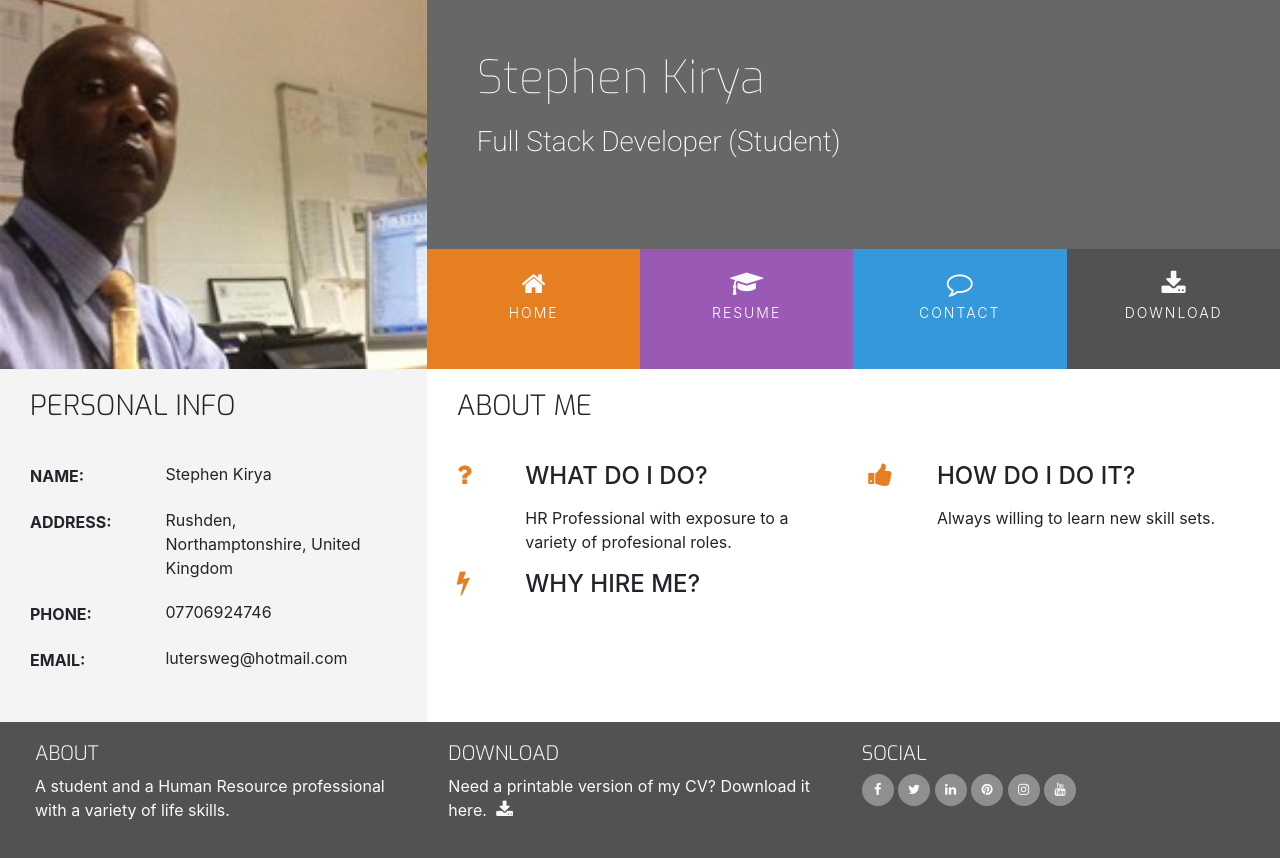
Repository: isiko1/interactive_frontend_resume
Page: index.html
The author's editor kept a record of every edit. The page is drawn from the files as they stood at one moment, then again after the next edit.
The browser window is 1280 px wide. The pictures show the whole page.

Above is the page before.

### index.html
<!DOCTYPE html>
<html lang="en">

<head>
    <meta charset="UTF-8">
    <meta name="viewport" content="width=device-width, initial-scale=1.0">
    <meta http-equiv="X-UA-Compatible" content="ie=edge">
    <link rel="stylesheet" href="https://stackpath.bootstrapcdn.com/bootstrap/4.3.1/css/bootstrap.min.css" type="text/css" />
    <link rel="stylesheet" href="https://stackpath.bootstrapcdn.com/font-awesome/4.7.0/css/font-awesome.min.css" type="text/css" />
    <link rel="stylesheet" href="https://cdnjs.cloudflare.com/ajax/libs/hover.css/2.3.1/css/hover-min.css" type="text/css" />
    <link rel="stylesheet" href="assets/css/style.css" type="text/css" />
    <title>Stephen</title>
</head>

<body>
    <header>
        <div class="row no-gutters">
            <a href="index.html" class="col-md-4 logo">
            </a>
            <div class="col-md-8">
                <div class="row no-gutters bg-color-name-title">
                    <div class="col heading">
                        <h1 class="name">Stephen Kirya</h1>
                        <h2 class="title">Full Stack Developer (Student)</h2>
                    </div>
                </div>
                <div class="row no-gutters">
                    <div class="col">
                        <ul id="nav" class="list-inline menucontainer">
                            <li class="col-6 col-sm-3 ui-menu-color-home list-inline-item menuitem">
                                <a href="#" class="hvr-sweep-to-bottom"><i class="fa fa-home" aria-hidden="true"></i><span>Home</span></a>
                            </li>
                            <li class="col-6 col-sm-3 ui-menu-color-resume list-inline-item menuitem">
                                <a href="#" class="hvr-sweep-to-bottom"><i class="fa fa-graduation-cap" aria-hidden="true"></i><span>Resume</span></a>
                            </li>
                            <li class="col-6 col-sm-3 ui-menu-color-contact list-inline-item menuitem">
                                <a href="#" class="hvr-sweep-to-bottom"><i class="fa fa-comment-o" aria-hidden="true"></i><span>Contact</span></a>
                            </li>
                            <li class="col-6 col-sm-3 ui-menu-color-download list-inline-item menuitem">
                                <a href="#" class="hvr-sweep-to-bottom"><i class="fa fa-download" aria-hidden="true"></i><span>Download</span></a>
                            </li>
                        </ul>
                    </div>
                </div>
            </div>
        </div>
    </header>
    <section class="container-fluid">
        <div class="row">
            <div class="col-md-4 bg-color-personal-info section-column">
<div class="row">
    <div class="col-12">
        <h3 class="section-heading uppercase">
            Personal Info
        </h3>
    </div>
</div>
<div class="personal-info-item">
    <div class="key">
        <p class="uppercase">
            Name:
        </p>
    </div>
    <div class="value">
        <p>
            Stephen Kirya
        </p>
    </div>
</div>

<div class="personal-info-item">
    <div class="key">
        <p class="uppercase">
            Address:
        </p>
    </div>
    <div class="value">
        <p>
            Rushden, Northamptonshire, United Kingdom
        </p>
    </div>
</div>
<div class="personal-info-item">
    <div class="key">
        <p class="uppercase">
            Phone:
        </p>
    </div>
    <div class="value">
        <p>
            07706924746
        </p>
    </div>
</div>
<div class="personal-info-item">
    <div class="key">
        <p class="uppercase">
            Email:
        </p>
    </div>
    <div class="value">
        <p>
            lutersweg@hotmail.com
        </p>
    </div>
</div>
            </div>
            <div class="col-md-8 bg-color-three-reasons section-column">
                <div class="row">
                    <div class="col">
                        <h3 class="section-heading uppercase">About Me</h3>
                    </div>
                </div>
                <div class="row">
                    <div class="col-10 offset-1 offset-sm-0 col-sm-4 col-md-6">
                        <div class="row">
                            <div class="col-2">
                                <i class="three-reasons-icon fa fa-question" aria-hidden="true"></i>
                            </div>
                            <div class="col-10">
                                <h4 class="three-reasons-heading uppercase">What do i do?</h4>
                                <p>
HR Professional with exposure to a variety of profesional roles.
                                </p>
                            </div>
                        </div>
                    </div>
                    <div class="col-10 offset-1 offset-sm-0 col-sm-4 col-md-6">
                        <div class="row">
                            <div class="col-2">
                                <i class="three-reasons-icon fa fa-thumbs-up" aria-hidden="true"></i>
                            </div>
                            <div class="col-10">
                                <h4 class="three-reasons-heading uppercase">How do i do it?</h4>
                                <p>
Always willing to learn new skill sets.
                                </p>
                            </div>
                        </div>
                    </div>
                    <div class="col-10 offset-1 offset-sm-0 col-sm-4 col-md-6">
                        <div class="row">
                            <div class="col-2">
                                <i class="three-reasons-icon fa fa-bolt" aria-hidden="true"></i>
                            </div>
                            <div class="col-10">
                                <h4 class="three-reasons-heading uppercase">Why hire me?</h4>
                                <p>

                                </p>
                            </div>
                        </div>
                    </div>
                </div>
            </div>
        </div>

    </section>
    <footer class="container-fluid">
        <div id="footer-details" class="row">
            <div class="col-sm-4">
                <h5 class="uppercase general-sub">About</h5>
                <p class="inline-block">
                    A student and a Human Resource professional with a variety of life skills.
                </p>
            </div>
            <div class="col-sm-4">
                <h5 class="uppercase general-sub">Download</h5>
                <p class="inline-block">
                    Need a printable version of my CV? Download it here.
                    <a href="#" target="_blank" class="cv-pdf">
                        <i class="fa fa-download" aria-hidden="true"></i>
                        <span class="sr-only">Download link.</span>
                    </a>
                </p>

            </div>
            <div class="col-sm-4">
                <h5 class="uppercase general-sub">Social</h5>
                <ul class="list-inline social-links">
                    <li class="list-inline-item">
                        <a target="_blank" href="#">
                            <i class="fa fa-facebook" aria-hidden="true"></i>
                            <span class="sr-only">Facebook</span>
                         </a>
                    </li>
                    <li class="list-inline-item">
                        <a target="_blank" href="#">
                            <i class="fa fa-twitter" aria-hidden="true"></i>
                            <span class="sr-only">Twitter</span>
                         </a>
                    </li>
                    <li class="list-inline-item">
                        <a target="_blank" href="#">
                            <i class="fa fa-linkedin" aria-hidden="true"></i>
                            <span class="sr-only">Linkedin</span>
                         </a>
                    </li>
                    <li class="list-inline-item">
                        <a target="_blank" href="#">
                            <i class="fa fa-pinterest" aria-hidden="true"></i>
                            <span class="sr-only">Pinterest</span>
                         </a>
                    </li>
                    <li class="list-inline-item">
                        <a target="_blank" href="#">
                            <i class="fa fa-instagram" aria-hidden="true"></i>
                            <span class="sr-only">Instagram</span>
                         </a>
                    </li>
                    <li class="list-inline-item">
                        <a target="_blank" href="#">
                            <i class="fa fa-youtube" aria-hidden="true"></i>
                            <span class="sr-only">YouTube</span>
                         </a>
                    </li>
                </ul>
            </div>
        </div>

    </footer>
</body>

</html>

### assets/css/style.css
@import url('https://fonts.googleapis.com/css?family=Roboto:100,200,300,400,500,600,700|Exo:100,200,300,400,500,600,700');

/*--------------Colours */

.bg-color-name-title {
    background-color: #676767;
}

.bg-color-three-reasons {
    background-color: #fff;
}

.bg-color-personal-info {
    background-color: #f4f4f4;
}

.bg-color-work-history {
    background-color: #9b59b6;
}

.bg-color-contact {
    background-color: #fff;
}

.ui-menu-color-home {
    background-color: #e67e22;
}

.ui-menu-color-resume {
    background-color: #9b59b6;
}

.ui-menu-color-contact {
    background-color: #3498db;
}

.ui-menu-color-download {
    background-color: #525252;
}



/*--------------Special padding/margin/texts */

h1,
h2,
h3,
h4 {
    margin: 0;
}

.uppercase {
    text-transform: uppercase;
}

.general-sub {
    font-family: "Exo", sans-serif;
    font-weight: 300;
    color: #fafafa;
}

.inliine-block {
    display: inline-block;
}

.row-table {
    display: table;
}

.section-column {
    display: table-cell;
    padding: 0 30px 30px;
    float: none;
}

.history-heading,
.section-heading {
    font-family: "Exo", sans-serif;
    font-weight: 300;
    margin-top: 20px;
    margin-bottom: 40px;
}



/*--------------Headings */

header {
    margin: 0;
}

.heading {
    margin-left: 50px;
}

.logo {
    background: url(../images/Stephen.jpg);
    background-position: center;
    background-repeat: no-repeat;
    background-size: cover;
    min-height: 360px;
    transition: all 5s ease-out;
    -moz-transition: all 5s ease-out;
    -webkit-transition: all 5s ease-out;
}

.name {
    font-family: "Exo", sans-serif;
    font-weight: 100;
    font-size: 46px;
    margin-top: 50px;
    color: #fff;
}

.title {
    font-family: "Roboto", sans-serif;
    font-weight: 200;
    font-size: 28px;
    margin-top: 20px;
    margin-bottom: 90px;
    color: #fff;
}

.list-inline-item:not(:last-child) {
    margin: 0;
}

.menucontainer {
    font-size: 0;
}

#nav {
    margin: 0;
}

#nav li {
    font-size: 14px;
    padding: 0;
}

.menuitem {
    height: 120px;
    text-align: center;
    padding: 0;
}

.menuitem a {
    width: 100%;
    text-decoration: none;
    color: #fff;
    height: 120px;
}

.menuitem a i {
    padding-top: 22px;
    display: block;
    color: #fafafa;
    font-size: 26px;
}

.menuitem span {
    display: block;
    width: 100%;
    padding-top: 5px;
    text-align: center;
    text-transform: uppercase;
    font-size: 14px;
    font-weight: 300;
    letter-spacing: 2px;
}

/*--------------Hover.css */

.hvr-sweep-to-bottom:before {
    background: rgba(0, 0, 0, 0.2);
    height: 120px;
}

/*--------------Footer */

footer {
    background-color: #525252;
    color: #fafafa;
    min-height: 120px;
    margin: 0;
}

.cv-pdf i {
    font-size: 18px;
    color: #fafafa;
    text-align: center;
    padding-left: 5px;
    transition: all 0.35s ease-in-out;
    -moz-transition: all 0.35s ease-in-out;
    -webkit-transition: all 0.35s ease-in-out;
    -o-transition: all 0.35s ease-in-out;
}

.cv-pdf i:hover {
    color: #e84610;
}

.social-links {
    padding-bottom: 15px;
}

.social-links li a i {
    width: 32px;
    height: 32px;
    padding: 12px 0;
    border-radius: 50%;
    font-size: 13px;
    line-height: 7px;
    text-align: center;
    color: #fafafa;
    background: #8f8f8f;
    transition: all 0.35s ease-in-out;
    -moz-transition: all 0.35s ease-in-out;
    -webkit-transition: all 0.35s ease-in-out;
    -o-transition: all 0.35s ease-in-out;
}

.social-links li a i:hover {
    background-color: #e84610;
}

#footer-details {
    padding: 20px;
}

/*--------------Three reasons */

.three-reasons-icon {
    font-size: 26px;
    color: #e67e22;
}

.three-reasons-heading {
    margin-bottom: 15px;
}

/*--------------Personal info*/

.personal-info-item {
    margin-bottom: 20px;
    display: block;
    clear: both;
}

.personal-info-item .key,
.personal-info-item .value {
    padding-right: 8px;
    display: inline-block;
}

.personal-info-item .key p,
.personal-info-item .value p {
    margin: 0;
}

.personal-info-item .key {
    width: 30%;
    margin-right: 21px;
    padding-top: 2px;
    vertical-align: top;
}

.personal-info-item .key p {
    font-weight: 700;
}

.personal-info-item .value {
    position: relative;
    width: 60%;
}

/*--------------Progress Section*/

.progress {
    position: relative;
    height: 25px;
    margin-bottom: 4px;
}

.progress-type {
    position: absolute;
    left: 0;
    font-weight: 400;
    padding: 3px 30px 2px 10px;
    background-color: rgba(25, 25, 25, 0.2);

}

.progress-section {
    margin: 40px 20px;
}

/*--------------Work history*/

.history-heading {
    color: #fafafa;
    margin-bottom: 50px;
}

.timeline-item {
    padding: 4em 2em 0em 2em;
    position: relative;
    color: #fafafa;
    border-left: 1px solid;
}

.timeline-item p {
    padding: 0;
    margin: 0;
}

.timeline-item:before {
    content: attr(data-dates);
    position: absolute;
    left: 2.5em;
    top: 3em;
    display: block;
    font-family: "Exo" sans-serif;
    font-weight: 500;
    font-size: 0.8em;
    padding: 0;
    margin: 0;
}

.timeline-item:after {
    width: 12px;
    height: 12px;
    display: block;
    top: 2.4em;
    position: absolute;
    left: -6px;
    border-radius: 12px;
    content: '';
    background: #fafafa;
}

.work-history {
    margin-bottom: 30px;
}

/*--------------Contact Form*/

.contact-heading {
    font-family: "Exo", sans-serif;
    font-weight: 300;
    margin-top: 25px;
    margin-bottom: 20px;
}

.center-form {
    padding-top: 10px;
    margin: 0 auto;
    max-width: 70%;
}

button[type="submit"] {
    margin-top: 15px;
    margin-bottom: 20px;
    color: #fafafa;
    background-color: #e84610;
}

/*--------------Media query*/

@media(min-width: 992px) {
    .center-form {
        padding-top: 30px;
        min-height: 240PX;
        margin: 0 auto;
        max-width: 50%;
    }
}

After the next edit:
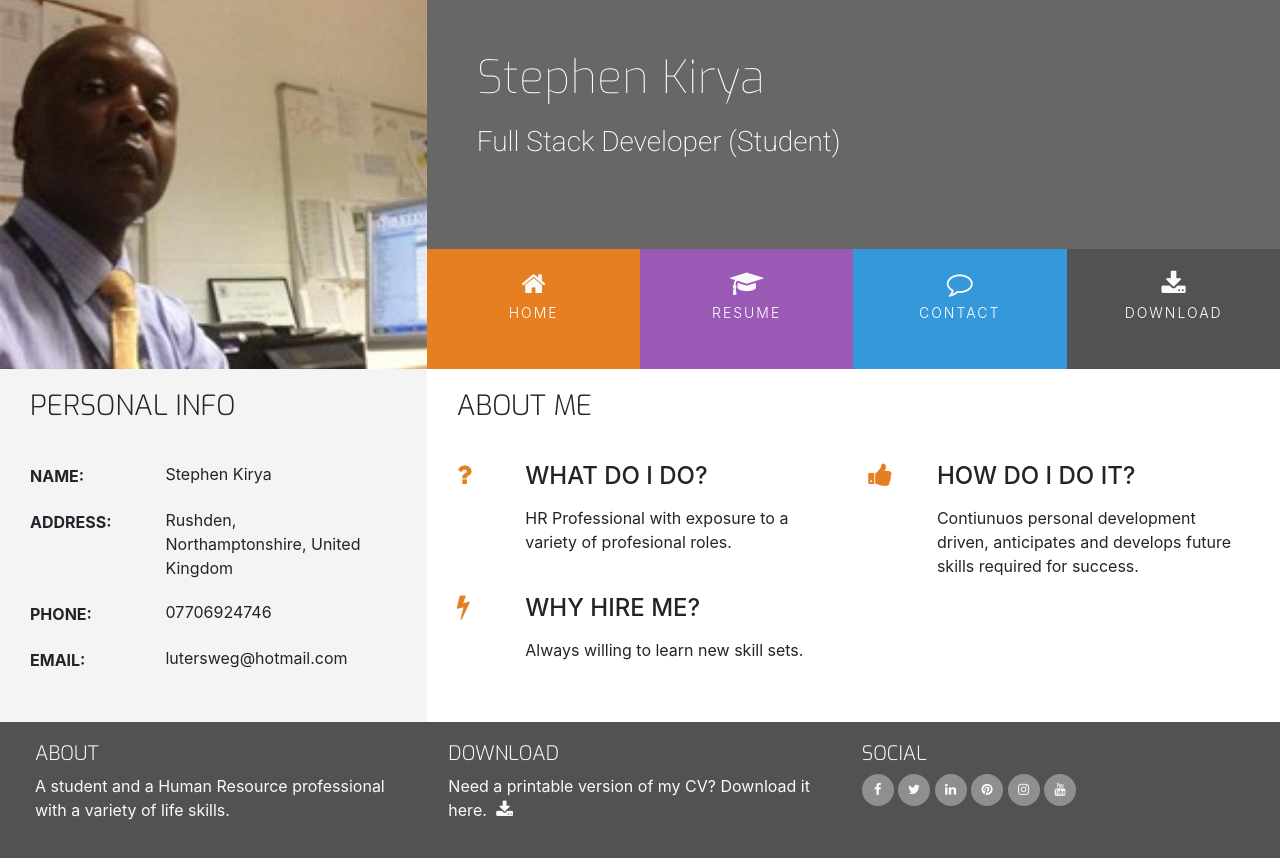
The edit:
--- a/index.html
+++ b/index.html
@@ -133,7 +133,7 @@
                             <div class="col-10">
                                 <h4 class="three-reasons-heading uppercase">How do i do it?</h4>
                                 <p>
-Always willing to learn new skill sets.
+ Contiunuos personal development driven, anticipates and develops future skills required for success.
                                 </p>
                             </div>
                         </div>
@@ -146,7 +146,7 @@
                             <div class="col-10">
                                 <h4 class="three-reasons-heading uppercase">Why hire me?</h4>
                                 <p>
-
+Always willing to learn new skill sets.
                                 </p>
                             </div>
                         </div>
